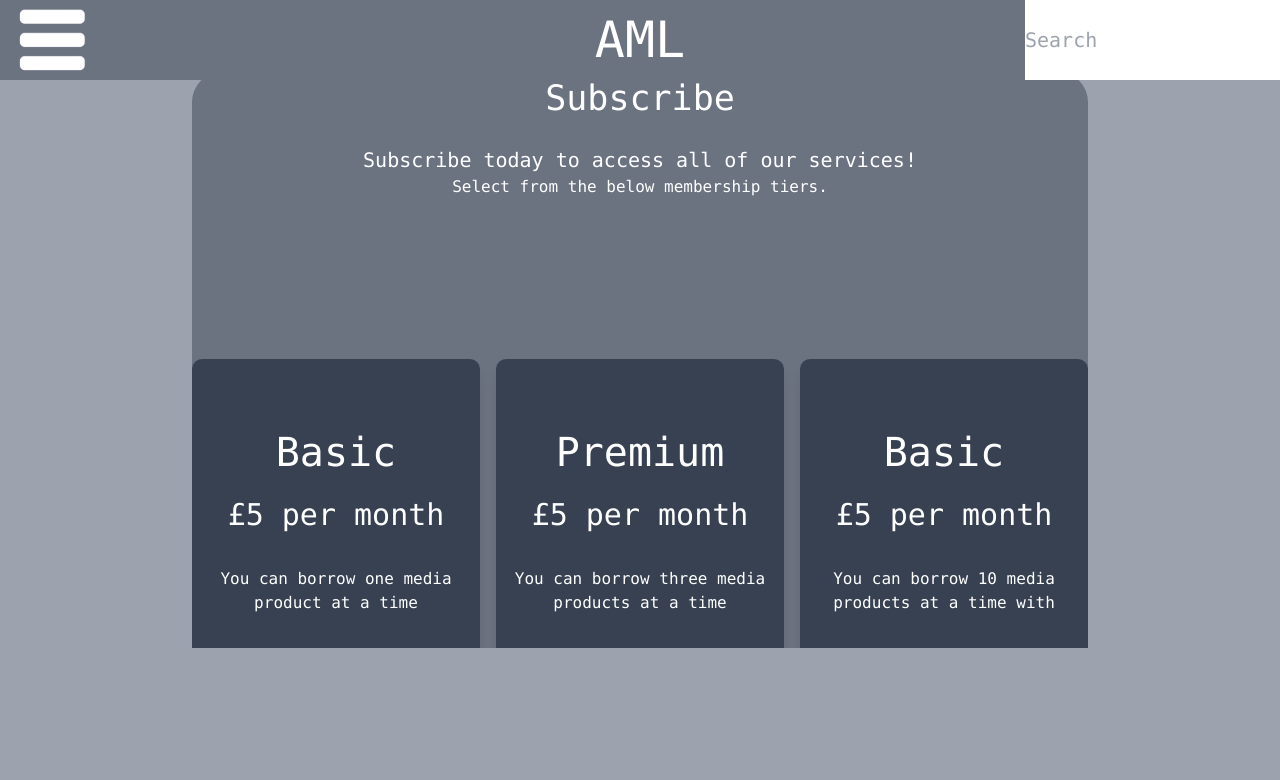
Repository: DuyKhanhDo/AML-Concept
Page: http://localhost/subscribe
An editor plug-in stored every save of this project. The page is shown before and after the next save, followed by the edit.
The browser window is 1280 px wide. The pictures show the whole page.
Some web libraries are served in a nearby version. The page is served by the project's Laravel application, run on PHP 8.4 with Laravel 12. A made-up administrator, Test User (test@example.com), is signed in.

Above is the page before, as saved 2024-11-11 13:04:49.

After the next save:
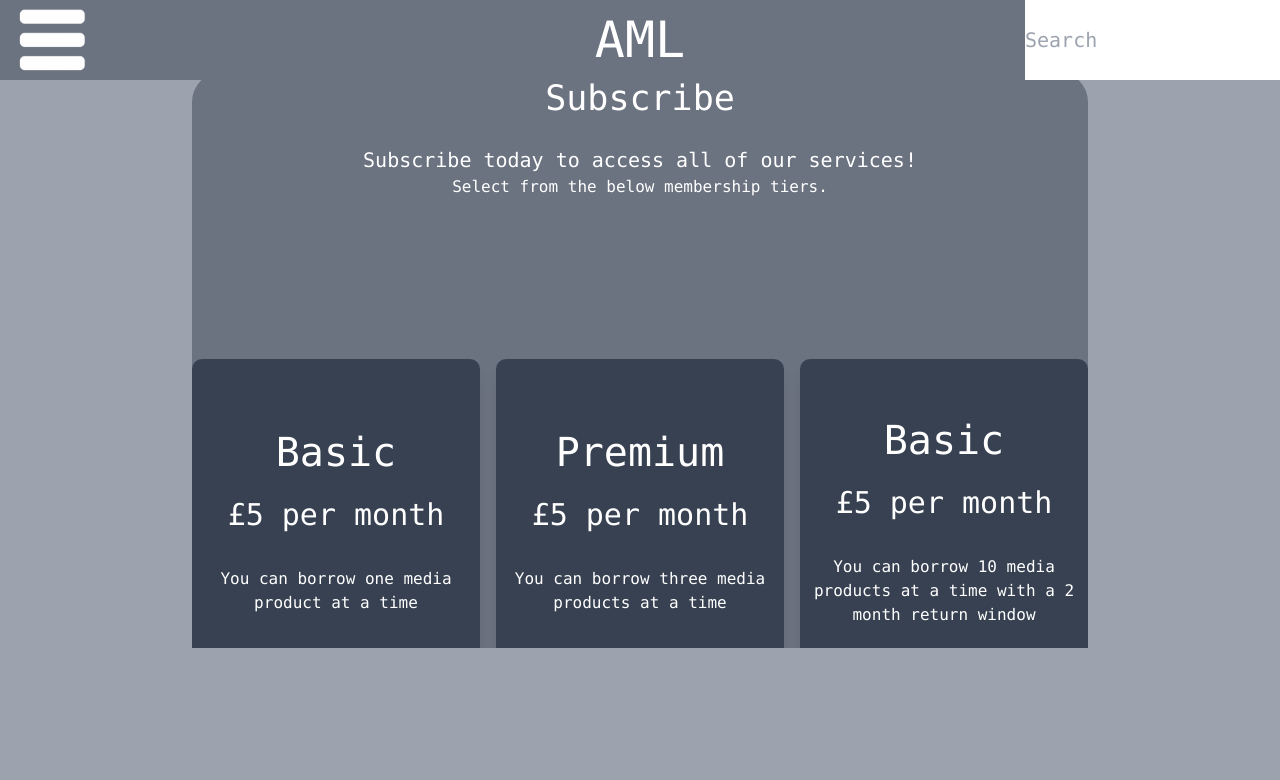
Saved 9 s later.
--- a/resources/views/subscribe.blade.php
+++ b/resources/views/subscribe.blade.php
@@ -8,7 +8,7 @@
                 <div class="flex overflow-x-auto w-full space-x-4 justify-center">
                     <x-subscription-tier tier='Basic' price='£5' benefits='You can borrow one media product at a time'></x-subscription-tier>
                     <x-subscription-tier tier='Premium' price='£5' benefits='You can borrow three media products at a time'></x-subscription-tier>
-                    <x-subscription-tier tier='Basic' price='£5' benefits='You can borrow 10 media products at a time with '></x-subscription-tier>
+                    <x-subscription-tier tier='Basic' price='£5' benefits='You can borrow 10 media products at a time with a 2 month return window'></x-subscription-tier>
                 </div>
             </div>
         </main>
